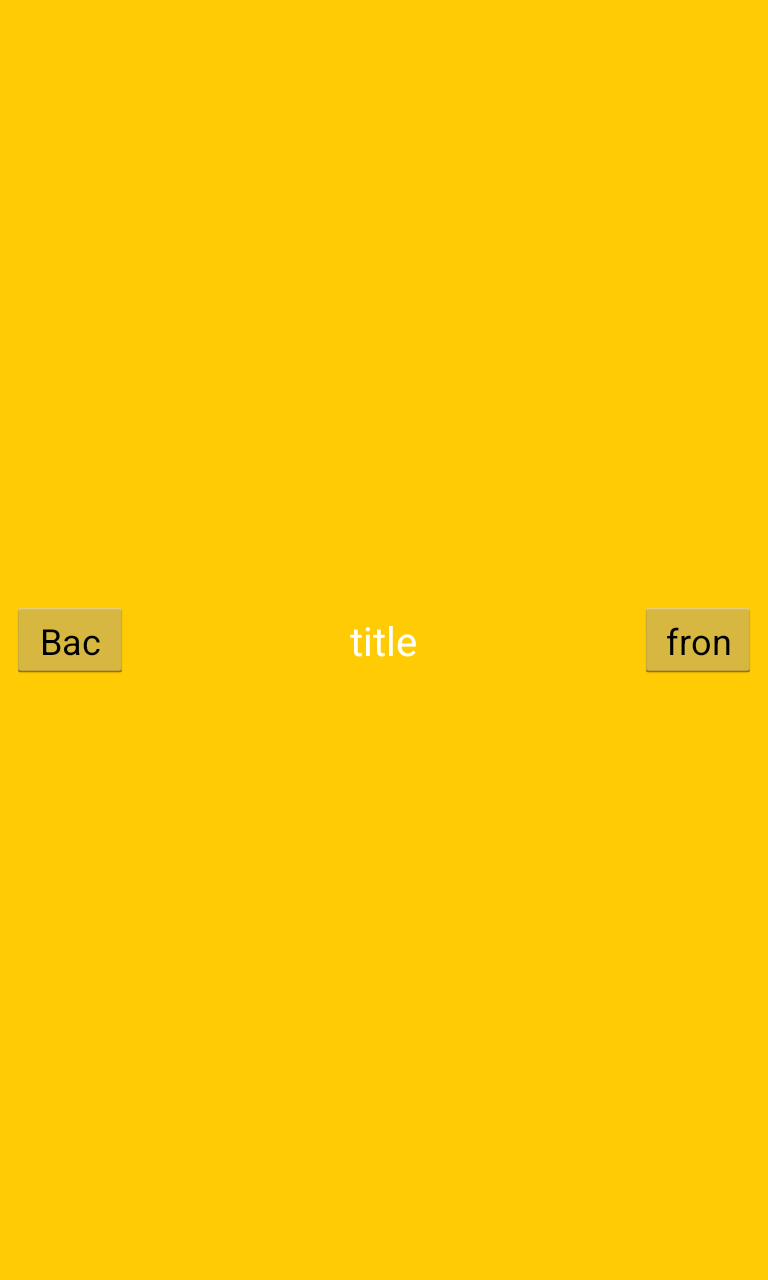
Repository: hero007asd/pin
Layout: Pin/res/layout/tt_title_view.xml
An editor plug-in stored every save of this project. The layout is shown before and after the next save, followed by the edit.
It is drawn on a 768 x 1280 px phone screen (xhdpi) without system bars, with theme AppTheme; the app's code is not run.

Above is the layout before, as saved 2014-07-04 10:25:37.

### Pin/res/layout/tt_title_view.xml
<?xml version="1.0" encoding="utf-8"?>
<RelativeLayout xmlns:android="http://schemas.android.com/apk/res/android"
    android:layout_width="match_parent"
    android:layout_height="50dp"
    android:background="#ffcb05"
    >
    <Button
        android:id="@+id/title_button_left"
        android:layout_centerVertical="true"
        android:layout_height="40dp"
        android:layout_marginLeft="5dp"
        android:layout_width="60dp"
        android:text="Back"/>
    <TextView
        android:id="@+id/title_text"
        android:layout_centerInParent="true"
        android:layout_height="wrap_content"
        android:layout_width="wrap_content"
        android:text="title"
        android:textColor="#fff"
        android:textSize="20sp"
        />
    <Button
        android:id="@+id/title_button_right"
        android:layout_alignParentRight="true"
        android:layout_centerVertical="true"
        android:layout_height="40dp"
        android:layout_marginRight="5dp"
        android:layout_width="60dp"
        android:text="front"/>

</RelativeLayout>

Loaded but not shown: Pin/res/values/styles.xml (common file); Pin/res/values-v11/styles.xml (common file); Pin/res/values-v14/styles.xml (common file)

After the next save:
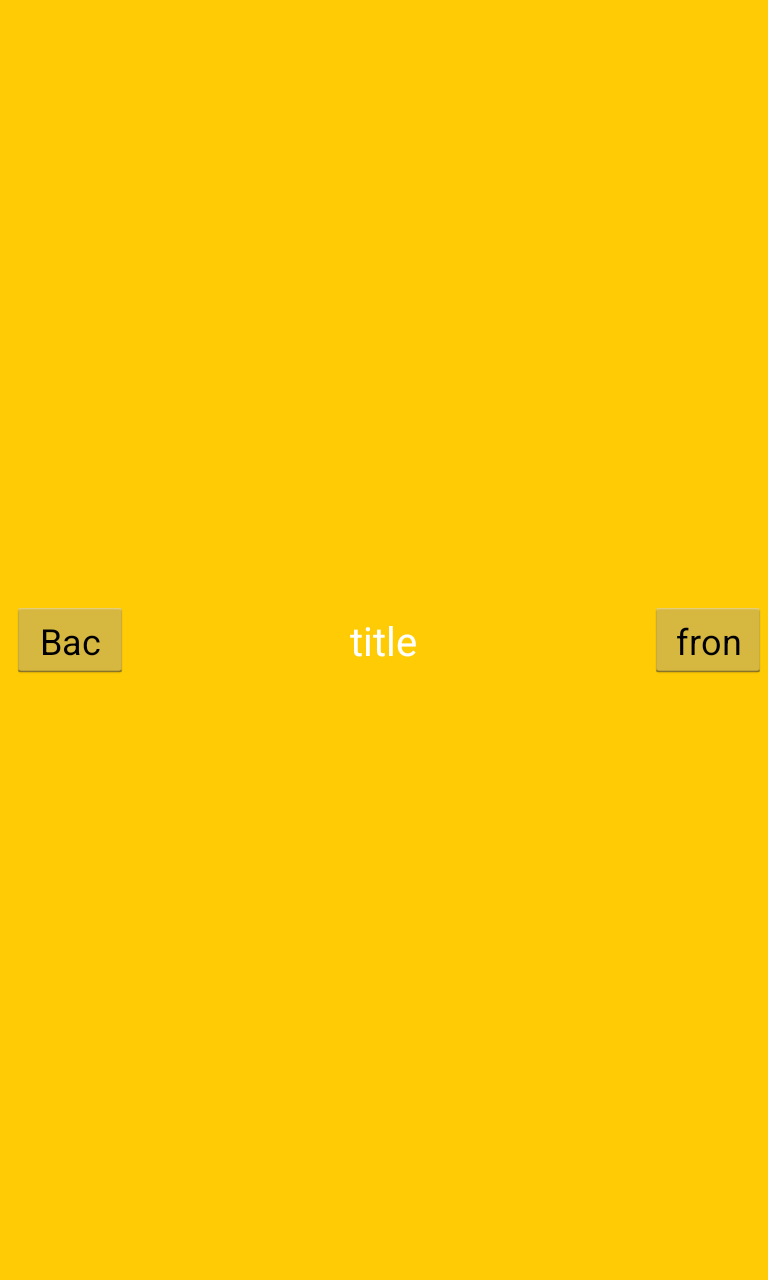
Saved 10 s later.
--- a/Pin/res/layout/tt_title_view.xml
+++ b/Pin/res/layout/tt_title_view.xml
@@ -25,7 +25,6 @@
         android:layout_alignParentRight="true"
         android:layout_centerVertical="true"
         android:layout_height="40dp"
-        android:layout_marginRight="5dp"
         android:layout_width="60dp"
         android:text="front"/>
 

After the save that followed:
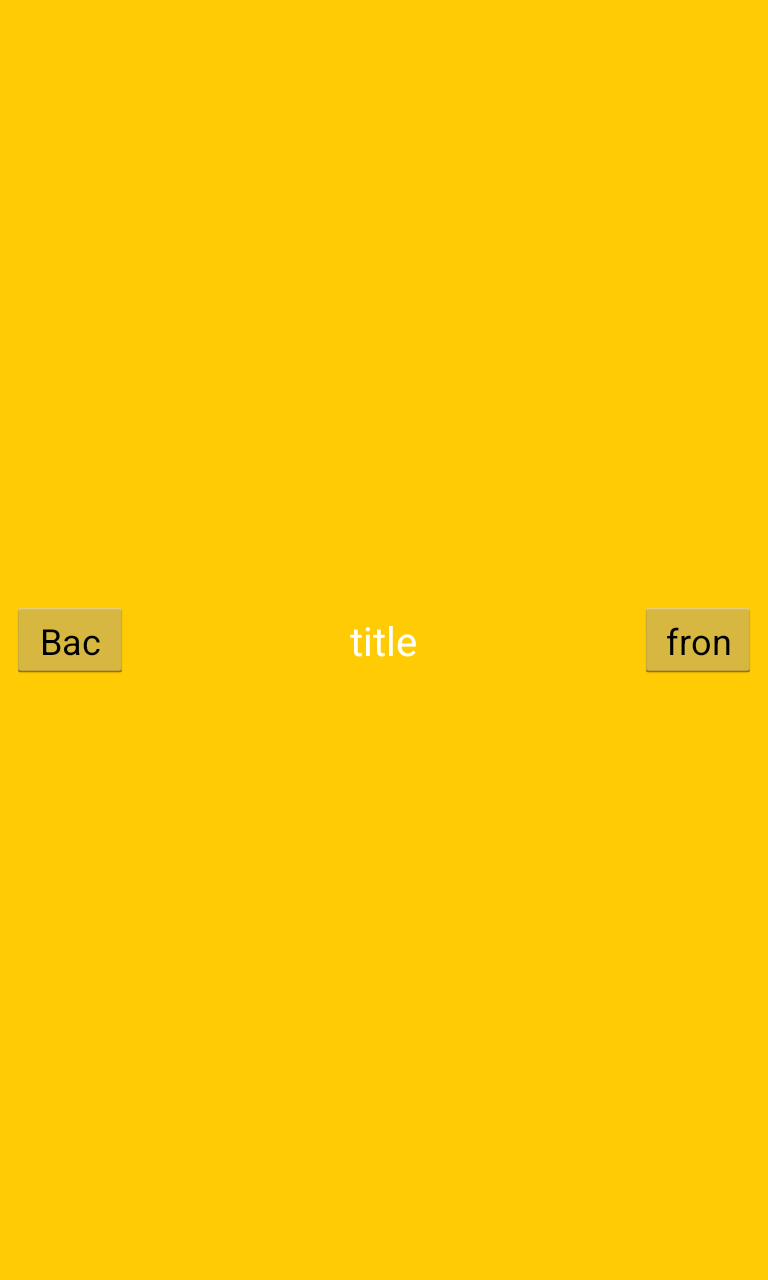
Saved 5 s later.
--- a/Pin/res/layout/tt_title_view.xml
+++ b/Pin/res/layout/tt_title_view.xml
@@ -25,6 +25,7 @@
         android:layout_alignParentRight="true"
         android:layout_centerVertical="true"
         android:layout_height="40dp"
+        android:layout_marginRight="5dp"
         android:layout_width="60dp"
         android:text="front"/>
 
